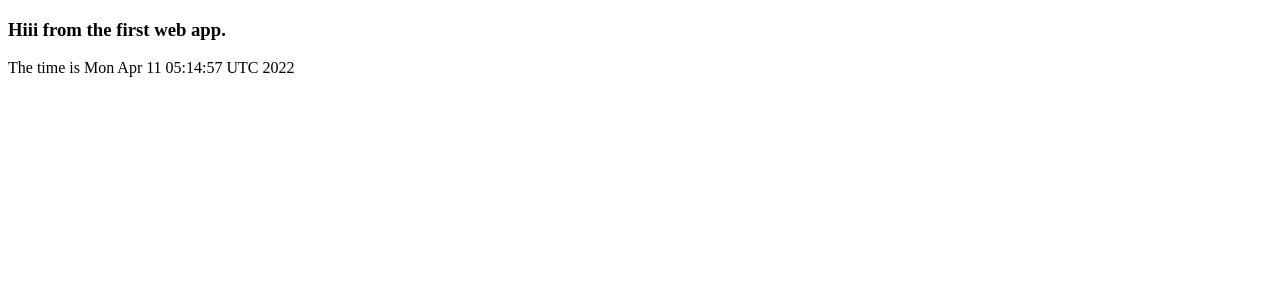
Repository: 16-sanalmishra/JavaServerPages
Page: http://localhost/Phase-2-HelloWorld/helloWorls.jsp
These files come from the project's save history. The page is drawn as it stood at one moment and after the next save; the edit follows.
The browser window is 1280 px wide. The pictures show the whole page.
The page is served by Tomcat 9.

Above is the page before, as saved 2022-04-11 05:16:15.

After the next save:
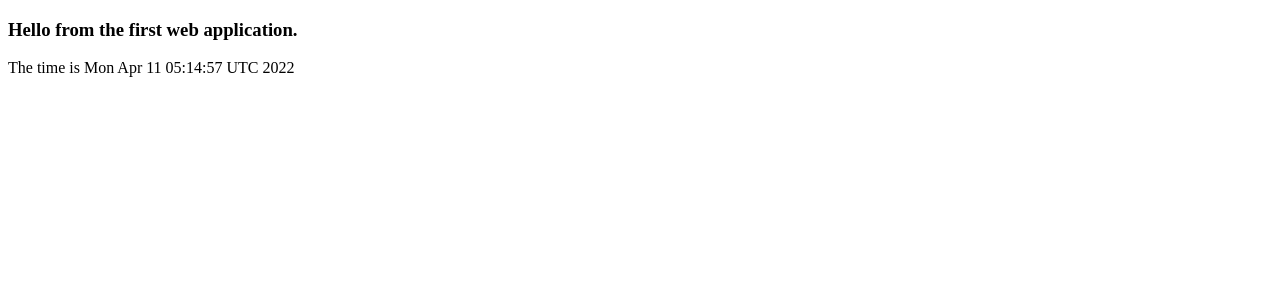
Saved 9 min 44 s later.
--- a/Phase-2-HelloWorld/src/main/webapp/helloWorls.jsp
+++ b/Phase-2-HelloWorld/src/main/webapp/helloWorls.jsp
@@ -7,7 +7,7 @@
 <title>Insert title here</title>
 </head>
 <body>
-	<h3>Hiii from the first web app.</h3>
+	<h3>Hello from the first web application.</h3>
 	The time is <%= new java.util.Date() %>
 </body>
 </html>
